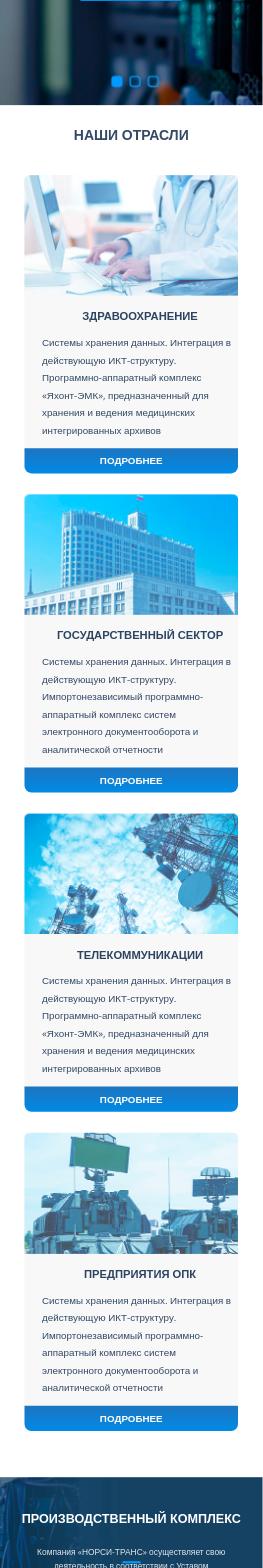
Repository: frostnn/testTaskBurbon
Page: app/index.html
These files come from the project's save history. The page is drawn as it stood at one moment and after the next save; the edit follows.
The browser window is 375 px wide. The pictures show the part of the page from y = 416 to 2656 px (the page is 6606 px tall before and 6626 px after), at 70% of full size.
The style sheet was rebuilt from its Sass, Less or Tailwind sources for each picture, by a compiler version that may differ from the author's.

Above is the page before, as saved 2020-07-16 23:11:59.

After the next save:
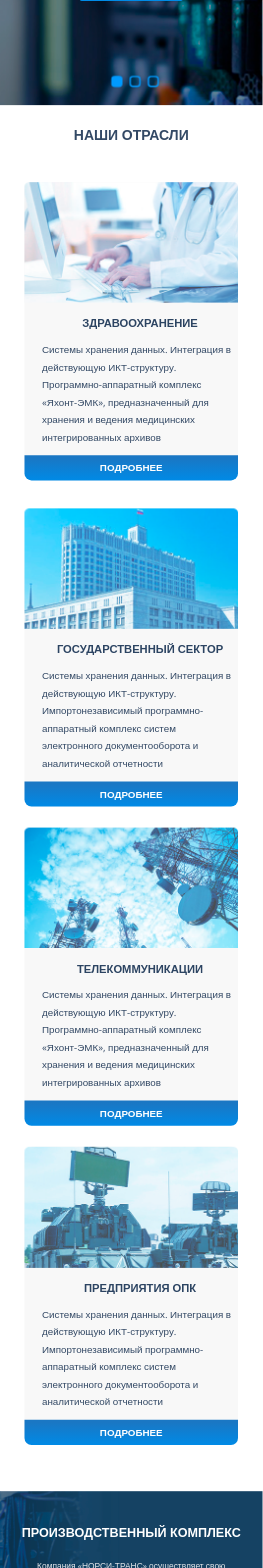
Saved 77 s later.
--- a/app/scss/_media.scss
+++ b/app/scss/_media.scss
@@ -732,6 +732,9 @@
       font-size: 12px;
     }
   }
+  .industries-block__content {
+    margin-top: 40px;
+  }
   .program-block {
     margin-bottom: 40px;
   }
